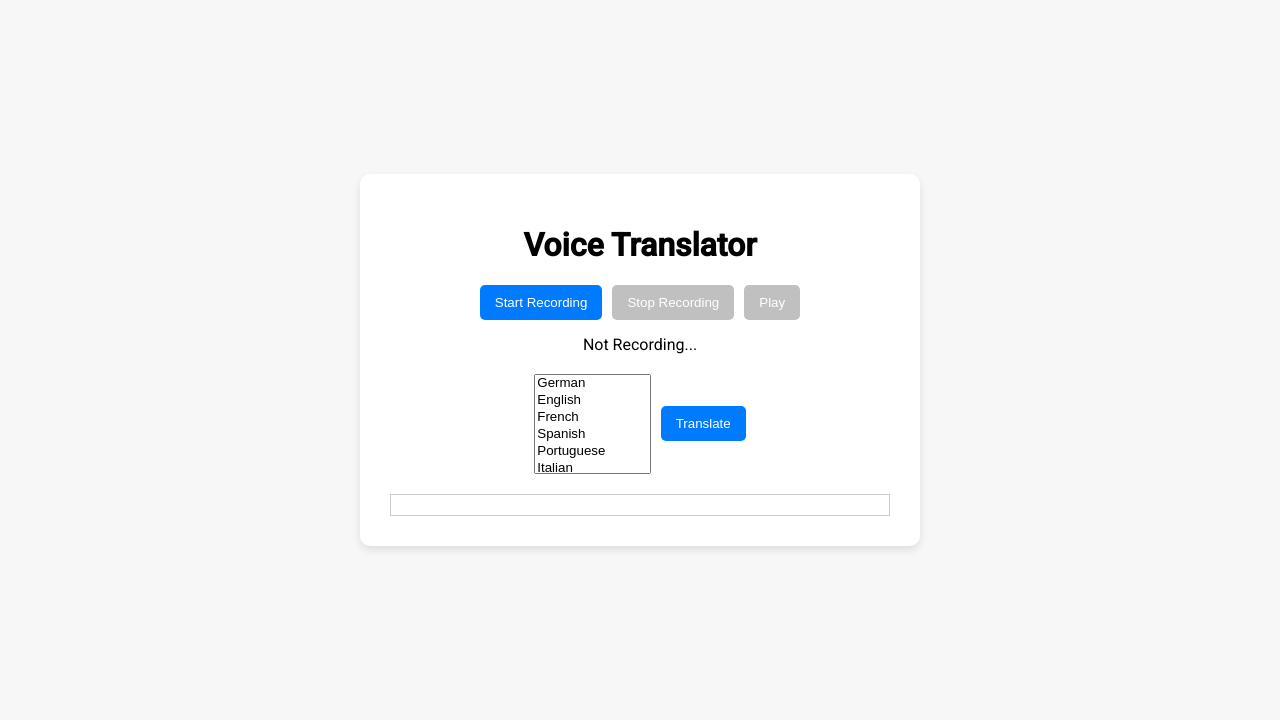
Repository: Tobby004/voice-and-text-translator
Page: index.html
The author's editor kept a copy of each file at every save. The page is drawn from the files as they stood at one save, then again after the next save.
The browser window is 1280 px wide. The pictures show the whole page.

Above is the page before, as saved 2023-08-31 17:31:56.

After the next save:
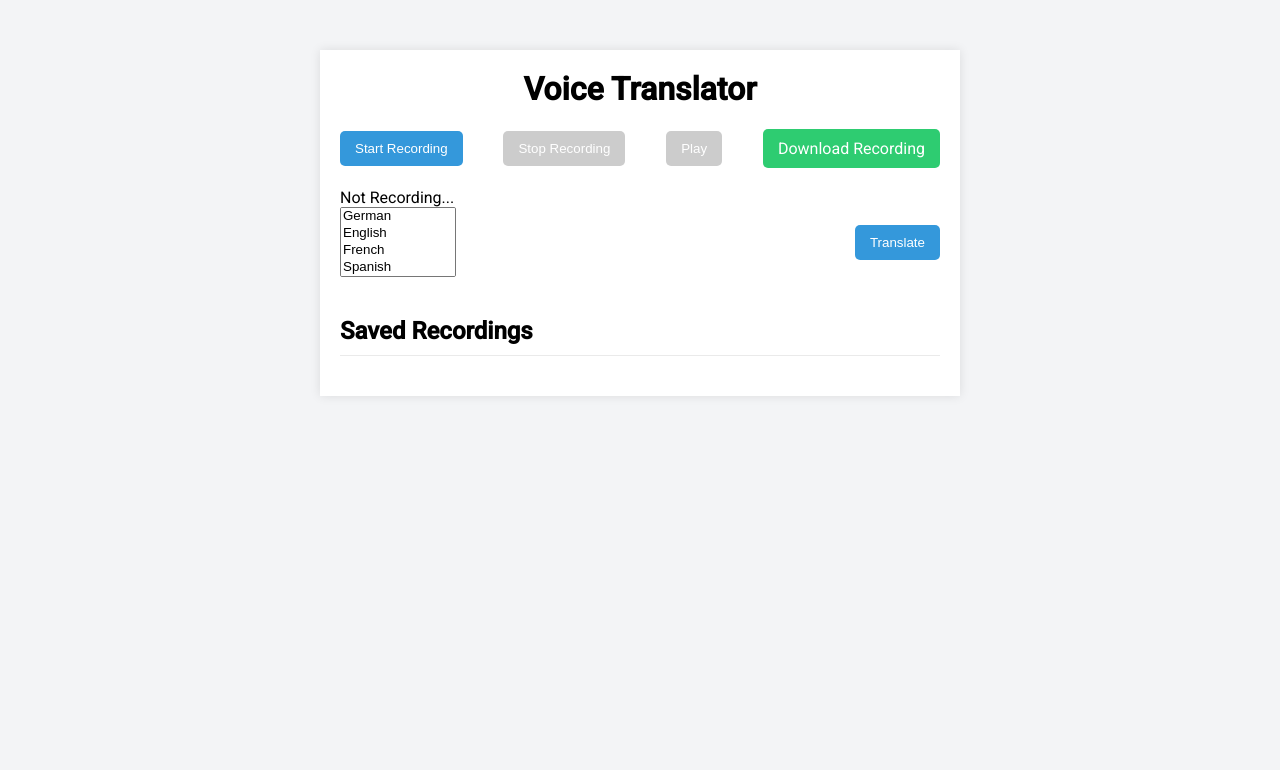
Console error: ReferenceError: populateLanguageDropdown is not defined
Saved 3 h 52 min later.
--- a/index.html
+++ b/index.html
@@ -15,20 +15,25 @@
             <button id="startRecord">Start Recording</button>
             <button id="stopRecord" disabled>Stop Recording</button>
             <button id="playAudio" disabled>Play</button>
-            <a id="downloadAudio" href="#" download="recording.wav" style="display: none;">Download Recording</a>
+            <a id="downloadAudio" href="#" download="recording.wav">Download Recording</a>
         </div>
         <div id="recordingStatus">Not Recording...</div>
-        <audio id="audioPlayer" controls style="display:none;"></audio>
 
         <div class="translation-controls">
             <select id="languageSelect" multiple></select>
             <button id="translate">Translate</button>
         </div>
+
         <div id="translatedTextContainer">
             <!-- Translated texts will be appended here -->
         </div>
+
+        <div id="savedRecordings">
+            <h2>Saved Recordings</h2>
+            <!-- Previous recordings will be appended here -->
+        </div>
     </div>
+    <script src="app.js"></script>
     <script src="translator.js"></script>
-    <script src="app.js"></script>
 </body>
 </html>
--- a/style.css
+++ b/style.css
@@ -1,76 +1,71 @@
-body {
+body, html {
     font-family: 'Roboto', sans-serif;
-    background-color: #f7f7f7;
-    display: flex;
-    justify-content: center;
-    align-items: center;
-    height: 100vh;
+    height: 100%;
     margin: 0;
+    background-color: #f3f4f6;
 }
 
 .container {
-    background: white;
-    padding: 30px;
-    border-radius: 10px;
-    box-shadow: 0 4px 8px rgba(0, 0, 0, 0.1);
-    width: 80%;
-    max-width: 500px;
+    max-width: 600px;
+    margin: 50px auto;
+    padding: 20px;
+    background-color: #fff;
+    box-shadow: 0px 0px 10px rgba(0,0,0,0.1);
 }
 
 h1 {
     text-align: center;
+    margin-top: 0;
 }
 
-.controls {
+.controls, .translation-controls {
     display: flex;
-    gap: 10px;
-    justify-content: center;
-    margin-top: 20px;
+    justify-content: space-between;
+    align-items: center;
+    margin-bottom: 20px;
 }
 
 button {
-    cursor: pointer;
     padding: 10px 15px;
+    background-color: #3498db;
+    color: #fff;
     border: none;
     border-radius: 5px;
-    background-color: #007BFF;
-    color: white;
+    cursor: pointer;
     transition: background-color 0.3s;
 }
 
-button:hover {
-    background-color: #0056b3;
-}
-
 button:disabled {
-    background-color: #c0c0c0;
+    background-color: #ccc;
     cursor: not-allowed;
 }
 
-#recordingStatus {
-    text-align: center;
-    margin-top: 15px;
+button:hover:not(:disabled) {
+    background-color: #2980b9;
 }
 
-#audioPlayer {
-    width: 100%;
-    margin-top: 10px;
+a {
+    padding: 10px 15px;
+    background-color: #2ecc71;
+    color: #fff;
+    text-decoration: none;
+    border-radius: 5px;
+    transition: background-color 0.3s;
 }
 
-.translation-controls {
-    display: flex;
-    gap: 10px;
-    justify-content: center;
-    align-items: center;
-    margin-top: 20px;
+a:hover {
+    background-color: #27ae60;
 }
 
-#languageSelect {
-    height: 100px;
+#savedRecordings {
+    margin-top: 40px;
+}
+
+#savedRecordings h2 {
+    border-bottom: 1px solid #eaeaea;
+    padding-bottom: 10px;
 }
 
 #translatedTextContainer {
     margin-top: 20px;
-    padding: 10px;
-    border: 1px solid #ccc;
 }
